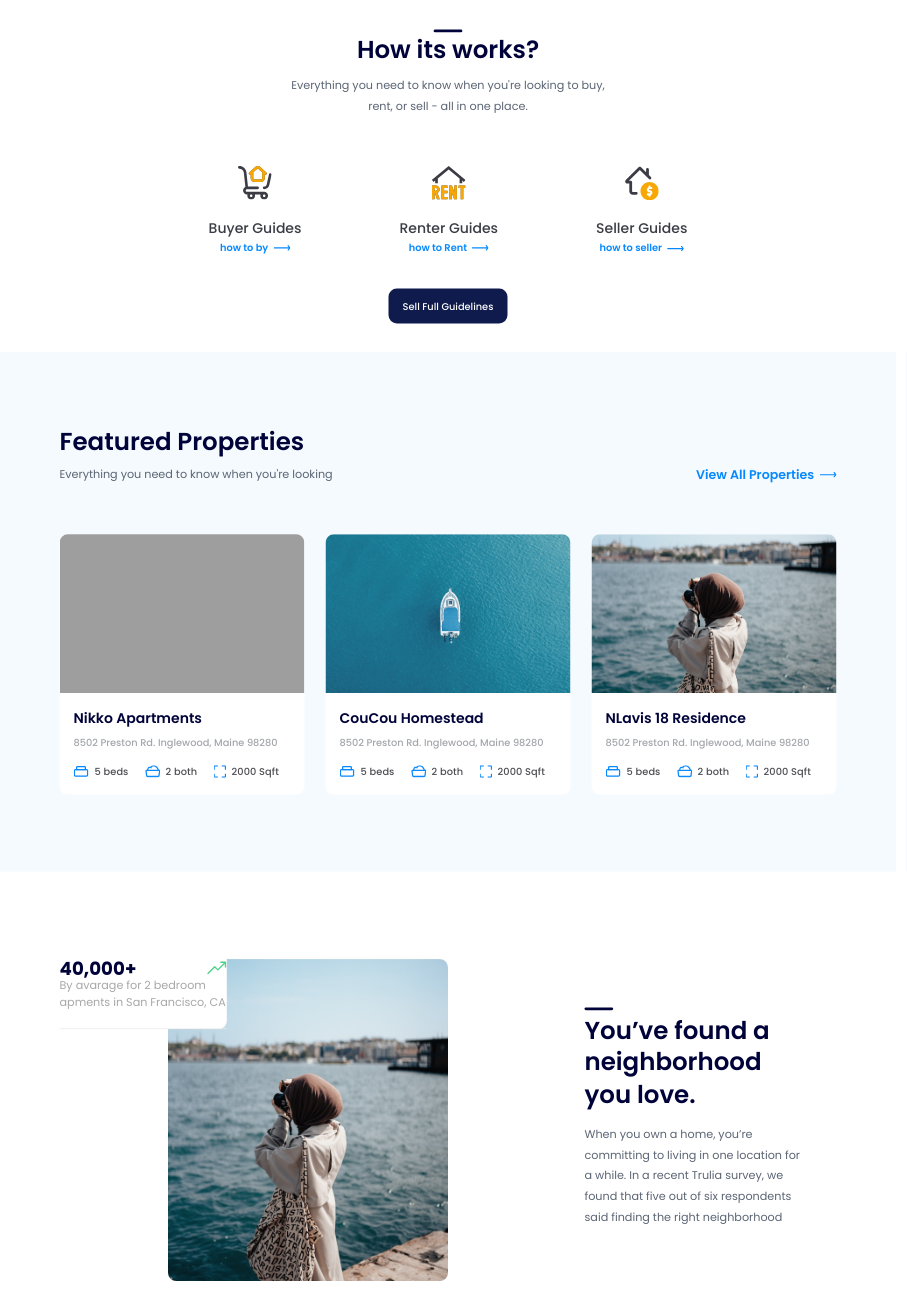
Repository: Kazuto-2004/f8-htmlcss-01
Page: index.html
These files come from the project's save history. The page is drawn as it stood at one moment and after the next save; the edit follows.
The browser window is 1280 px wide. The page is 1295 px wide, so the pictures cover 1295 px, including what lies to the right of the window. The pictures show the part of the page from y = 1193 to 3073 px (the page is 3073 px tall), at 70% of full size.
Pictures or frames that could not be fetched are drawn as grey boxes.

Above is the page before, as saved 2023-07-15 10:15:45.

### index.html
<!DOCTYPE html>
<html lang="en">
    <head>
        <meta charset="UTF-8" />
        <meta name="viewport" content="width=device-width, initial-scale=1.0" />
        <title>F8 Project01</title>
        <link rel="stylesheet" href="./assets/css/reset.css" />
        <!-- Embed fonts -->
        <link rel="preconnect" href="https://fonts.googleapis.com" />
        <link rel="preconnect" href="https://fonts.gstatic.com" crossorigin />
        <link
            href="https://fonts.googleapis.com/css2?family=Lato:wght@700&display=swap"
            rel="stylesheet" />
        <link rel="stylesheet" href="./assets/fonts/stylesheet.css" />
        <!-- <style> style</style> -->
        <link rel="stylesheet" href="assets/css/styles.css" />
    </head>
    <body>
        <main style="height: 1000px">
            <!-- Header -->
            <header class="header">
                <div class="content">
                    <nav class="navbar">
                        <!-- Logo -->
                        <img src="./assets/img/Logo.svg" alt="Besnik." />
                        <!-- Navigation -->
                        <ul>
                            <li>
                                <a href="#!">Home</a>
                            </li>
                            <li>
                                <a href="#!">Features</a>
                            </li>
                            <li>
                                <a href="#!">Services</a>
                            </li>
                            <li>
                                <a href="#!">Resources</a>
                            </li>
                            <li>
                                <a href="#!">Contact</a>
                            </li>
                        </ul>
                        <!-- Action -->
                        <div class="action">
                            <a href="#!" class="action-link">Sign in</a>
                            <a href="#!" class="btn action-btn">Sign up</a>
                        </div>
                    </nav>
                    <div class="hero">
                        <div class="info">
                            <p class="sub-title">Welcome to Besnik Agency</p>
                            <h1 class="title">
                                Discover a place you'll love to live.
                            </h1>
                            <p class="desc">
                                Get the best real estate deals first, before
                                they hit the mass market! HOT FORECLOSURE DEALS
                                with one simple search.
                            </p>
                            <!-- call to action -->
                            <a href="#!" class="btn hero-cta">More About Us</a>
                        </div>

                        <img
                            src="./assets/img/hero-img.svg"
                            alt="Discover a place you'll love to live."
                            class="hero-img" />
                    </div>
                </div>
            </header>

            <!-- clients -->
            <div class="clients">
                <div class="content">
                    <div class="row">
                        <!-- logo -->
                        <img src="./assets/img/Logo.svg" alt="Besnik." />

                        <!-- star -->
                        <div class="star">
                            <img src="./assets/img/Star.svg" alt="" />
                        </div>
                    </div>
                    <div class="row row-desc">
                        <p class="desc">
                            More than 45,000+ companies trust besnik
                        </p>
                        <p class="desc">5 Star Ratings (2k+ Review)</p>
                    </div>
                    <div class="image">
                        <img src="./assets/img/meundies.svg" alt="me undies" />
                        <img src="./assets/img/slack.svg" alt="slack" />
                        <img src="./assets/img/amazon.svg" alt="amazon" />
                        <img
                            src="./assets/img/woocommerce.svg"
                            alt="woo commerce" />
                        <img src="./assets/img/sitepoint.svg" alt="sitepoint" />
                    </div>
                </div>
            </div>

            <!-- Guides -->
            <div class="guides">
                <div class="content">
                    <h2 class="sub-title">How its works?</h2>
                    <p class="desc">
                        Everything you need to know when you're looking to buy,
                        rent, or sell - all in one place.
                    </p>

                    <!--  list guide -->
                    <ul class="list-guide">
                        <li class="guide-item">
                            <img
                                src="./assets/img/Buyer.svg"
                                alt="Buyer"
                                class="icon" />
                            <h3 class="title">Buyer Guides</h3>
                            <a href="#!" class="link">
                                <span>how to by</span>
                                <img
                                    src="./assets/img/arow-right.svg"
                                    alt="arrow-right"
                                    class="arrow" />
                            </a>
                        </li>
                        <li class="guide-item">
                            <img
                                src="./assets/img/renter.svg"
                                alt="renter"
                                class="icon" />
                            <h3 class="title">Renter Guides</h3>
                            <a href="#!" class="link">
                                <span>how to Rent</span>
                                <img
                                    src="./assets/img/arow-right.svg"
                                    alt="arrow-right"
                                    class="arrow" />
                            </a>
                        </li>
                        <li class="guide-item">
                            <img
                                src="./assets/img/seller.svg"
                                alt="sellert"
                                class="icon" />
                            <h3 class="title">Seller Guides</h3>
                            <a href="#!" class="link">
                                <span>how to seller</span>
                                <img
                                    src="./assets/img/arow-right.svg"
                                    alt="arrow-right"
                                    class="arrow" />
                            </a>
                        </li>
                    </ul>

                    <div class="guide-cta">
                        <a href="#!" class="btn">Sell Full Guidelines</a>
                    </div>
                </div>
            </div>

            <!-- Featured -->
            <div class="featured">
                <div class="content">
                    <header>
                        <h2 class="sub-title">Featured Properties</h2>
                        <div class="row">
                            <p class="desc">
                                Everything you need to know when you're looking
                            </p>
                            <a href="#!" class="link"
                                ><span>View All Properties</span
                                ><img
                                    src="./assets/img/arow-right.svg"
                                    alt="arrow"
                                    class="arrow"
                            /></a>
                        </div>
                    </header>

                    <div class="list">
                        <!-- Featured 1 -->
                        <div class="item">
                            <a href="#!">
                                <img
                                    src="./assets/img/featured1.jpg"
                                    alt="Nikko Apartments"
                                    class="thumb" />
                            </a>
                            <div class="body">
                                <h3 class="title">
                                    <a href="#!" class="line-clamp">Nikko Apartments</a>
                                </h3>
                                <p class="desc line-clamp">
                                    8502 Preston Rd. Inglewood, Maine 98280
                                </p>
                                <div class="info">
                                    <img
                                        src="./assets/img/beds.svg"
                                        alt=""
                                        class="icon" />
                                    <span class="label">5 beds</span>

                                    <img
                                        src="./assets/img/both.svg"
                                        alt=""
                                        class="icon" />
                                    <span class="label">2 both</span>

                                    <img
                                        src="./assets/img/sqft.svg"
                                        alt=""
                                        class="icon" />
                                    <span class="label">2000 Sqft</span>
                                </div>
                            </div>
                        </div>

                        <!-- Featured 2 -->
                        <div class="item">
                            <a href="#!">
                                <img
                                    src="./assets/img/featured2.jpg"
                                    alt="CouCou Homestead"
                                    class="thumb" />
                            </a>
                            <div class="body">
                                <h3 class="title">
                                    <a href="#!" class="line-clamp">CouCou Homestead</a>
                                </h3>
                                <p class="desc line-clamp">
                                    8502 Preston Rd. Inglewood, Maine 98280
                                </p>
                                <div class="info">
                                    <img
                                        src="./assets/img/beds.svg"
                                        alt=""
                                        class="icon" />
                                    <span class="label">5 beds</span>

                                    <img
                                        src="./assets/img/both.svg"
                                        alt=""
                                        class="icon" />
                                    <span class="label">2 both</span>

                                    <img
                                        src="./assets/img/sqft.svg"
                                        alt=""
                                        class="icon" />
                                    <span class="label">2000 Sqft</span>
                                </div>
                            </div>
                        </div>

                        <!-- Featured 3 -->
                        <div class="item">
                            <a href="#!">
                                <img
                                    src="./assets/img/featured3.jpg"
                                    alt="Lavis 18 Residence"
                                    class="thumb" />
                            </a>
                            <div class="body">
                                <h3 class="title">
                                    <a href="#!" class="line-clamp">NLavis 18 Residence</a>
                                </h3>
                                <p class="desc line-clamp" >
                                    8502 Preston Rd. Inglewood, Maine 98280
                                </p>
                                <div class="info">
                                    <img
                                        src="./assets/img/beds.svg"
                                        alt=""
                                        class="icon" />
                                    <span class="label">5 beds</span>

                                    <img
                                        src="./assets/img/both.svg"
                                        alt=""
                                        class="icon" />
                                    <span class="label">2 both</span>

                                    <img
                                        src="./assets/img/sqft.svg"
                                        alt=""
                                        class="icon" />
                                    <span class="label">2000 Sqft</span>
                                </div>
                            </div>
                        </div>
                    </div>
                </div>
            </div>

            <!-- Stats -->
            <div class="stats">
                <div class="content">
                    <div class="row">
                        <div class="img-block">

                            <img class="image" src="./assets/img/starts.jpg" alt="You’ve found a neighborhood you love.">
                             <!-- trend -->
                        <div class="stats-trend">
                            <div class="row">
                                <strong class="value">40,000+</strong>
                                <img src="./assets/img/arrow-trend-up.svg" alt="" class="icon">
                            </div>
                            <p class="desc">By avarage for 2 bedroom apments in San Francisco, CA</p>
                            <div class="separate"></div>
                        </div>
                        </div>
                        <div class="info">
                            <h2 class="sub-title">You’ve found a neighborhood you love.</h2>
                            <p
                             class="desc">When you own a home, you’re committing to living in one location for a while. In a recent Trulia survey, we found that five out of six respondents said finding the right neighborhood
                            </p>
                        </div>
                    </div>
                </div>
            </div>
        </main>
    </body>
</html>

### assets/css/styles.css
* {
    box-sizing: border-box;
}

:root {
    --primary-color: #0f1b4c;
}
html {
    font-size: 62.5%;
}

body {
    font-size: 1.6rem;
    font-family: "Poppins", sans-serif;
}
/* Common */
a {
    text-decoration: none;
}
.content {
    width: 1110px;
    max-width: calc(100% - 48px);
    margin: auto;
}
.btn {
    display: inline-block;
    min-width: 98px;
    padding: 18px 16px;
    border-radius: 12px;
    background: var(--primary-color);
    color: #fff;
    font-size: 1.4rem;
    font-weight: 500;
    text-align: center;
}

.btn:hover {
    opacity: 0.9;
}

.line-clamp {
    display: -webkit-box;
    -webkit-line-clamp: var(--line-clamp, 2);
    -webkit-box-orient: vertical;
    overflow: hidden;
}
/* ==== Header ==== */
.header {
    background-color: #e6f0ff;
    height: 100vh;
    position: relative;
}

.navbar {
    display: flex;
    align-items: center;
    padding-top: 38px;
}

.navbar ul {
    display: flex;
    margin-left: 50px;
}

.navbar .action {
    margin-left: auto;
}

.navbar ul a {
    font-size: 1.4rem;
    font-weight: 500;
    color: #4f5361;
    padding: 8px 14px;
}

.navbar ul a:hover {
    text-decoration: underline;
}

.navbar .action-link {
    color: var(--primary-color);
    font-size: 1.4rem;
    font-weight: 500;
}

.navbar .action-btn {
    padding: 13px 16px;
    margin-left: 18px;
    border-radius: 8px;
}
/* ---hero--- */
.hero {
    margin-top: 130px;
}

.hero .info {
    width: 51%;
}

.hero .sub-title {
    color: #687690;
    font-size: 1.8rem;
    line-height: 1.5;
    letter-spacing: 0.01em;
}

.hero .title {
    margin-top: 8px;
    color: #000336;
    font-size: 6.2rem;
    font-weight: 700;
    line-height: 1.19;
}

.hero .desc {
    margin-top: 30px;
    color: #5a6473;
    font-size: 1.8rem;
    font-weight: 400;
    line-height: 1.78;
}

.hero-cta {
    min-width: 170px;
    margin-top: 40px;
}

.hero-img {
    position: absolute;
    right: calc((100vw - 1110px) / 2 - 100px);
    bottom: 0;
}

/*===== clients ======*/
.clients {
    margin-top: 79px;
    padding: 43px 64px 0px;
}

.clients .row {
    display: flex;
    justify-content: space-between;
}

.clients .desc {
    color: #7d8589;
    font-size: 1.6rem;
    font-weight: 500;
    line-height: 1.25;
}

.clients .row-desc {
    margin-top: 23px;
}

.clients .image {
    margin-top: 96px;
    display: flex;
    justify-content: space-between;
    align-items: center;
}

/*===== guides ======*/
.guides {
    margin-top: 200px;
}

.guides .sub-title {
    position: relative;
    color: #000339;
    text-align: center;
    font-size: 3.5rem;
    font-weight: 600;
    line-height: 1;
}

.guides .sub-title::before {
    position: absolute;
    top: -10px;
    left: 50%;
    transform: translate(-50%);
    content: "";
    display: inline-block;
    width: 41px;
    height: 4px;
    border-radius: 12px;
    background: #000339;
}

.guides .desc {
    width: 459px;
    max-width: 100%;
    color: #5a6473;
    text-align: center;
    font-size: 1.6rem;
    font-weight: 400;
    line-height: 1.88;
    margin: 20px auto 0;
}

.list-guide {
    margin-top: 70px;
    display: flex;
    justify-content: center;
}

.guide-item {
    margin: 0 70px;
    text-align: center;
}

.guide-item .title {
    margin-top: 26px;
    color: #3b3c45;
    font-size: 2rem;
    font-weight: 500;
    line-height: 1.1;
}

.guide-item .link {
    display: inline-block;
    color: #0689ff;
    font-size: 1.4rem;
    font-weight: 600;
    margin-top: 10px;
}

.guide-item .arrow {
    margin-left: 4px;
}

.guide-cta {
    display: flex;
    justify-content: center;
    margin-top: 50px;
}

.guide-cta .btn {
    min-width: 170px;
}

/*======== featured======= */
.featured {
    margin-top: 41px;
    background: #f5fafe;
    padding: 110px 0;
}

.featured .sub-title {
    font-size: 3.5rem;
    font-style: normal;
    font-weight: 600;
    line-height: 1;
    color: #000339;
}

.featured .row {
    display: flex;
    justify-content: space-between;
    margin-top: 15px;
}

.featured .desc {
    color: #5a6473;
    font-size: 1.6rem;
    font-weight: 400;
    line-height: 1.88;
}

.featured .link {
    display: flex;
    align-items: center;
    color: #0689ff;
    font-size: 1.8rem;
    font-weight: 600;
}

.featured .link .arrow {
    margin-left: 8px;
}

.featured .list {
    margin-top: 70px;
    gap: 30px;
    display: flex;
}

.featured .item {
    flex: 1;
    background-color: #fff;
    border-radius: 12px;
}

.featured .item .thumb {
    width: 100%;
    height: 227px;
    object-fit: cover;
    border-top-left-radius: 12px;
    border-top-right-radius: 12px;
}

.featured .item .body {
    padding: 17px 20px 24px;
}

.featured .item .title a{
    color: #000339;
    font-size: 2rem;
    font-weight: 600;
    line-height: 1.5;

}

.featured .item .desc {
    --line-clamp : 3;
    margin-top: 11px;
    color: #a3a6ab;
    font-size: 1.4rem;
    font-weight: 500;
    line-height: 1.5;
    word-wrap:break-words;
}

.featured .item .info {
    margin-top: 21px;
    display: flex;
    align-items: center;
}

.featured .item .icon {
    margin-left: 23px;
}

.featured .item .icon:first-child {
    margin-left: 0;
}
.featured .item .label {
    color: #4d4d52;
    margin-left: 8px;
    font-size: 1.4rem;
    font-weight: 500;
    letter-spacing: 0.01em;
}

/*===== stats===== */
.stats {
    margin-top: 75px;
    padding: 50px 0px;
}

.stats .row {
    display: flex;
}

.stats .img-block,
.stats .info  {
    width: 50%;
}

.stats .img-block {
    position: relative;
}

.stats .info {
    padding: 79px 0 0 195px;
}

.stats .stats-trend {
    position: absolute;
    top: 0;
    left: 0;
    width: 239px;
    padding: 45px 22px 40pxs;
    border-radius: 0px 0px 12px 12px;
    background-color: #fff;
}

.stats-trend .value {
    color: #000339;
    font-size: 2.6rem;
    font-weight: 700;
    line-height: 1; /* 100% */
    letter-spacing: 0.01rem;
}

.stats-trend .icon {
    margin-left: auto;
}

.stats-trend .desc {
    color: #A7A7A7;
font-size: 1.2;
font-weight: 400;
line-height: 1.5; /* 150% */
}

.stats-trend .separate {
    height: 1px;
    background: #E9E9E9;
    margin-top: 25px;
}
.stats .img-block .image {
    display: block;
    margin-left: auto;
  width: 400px;
 height: 460px;
 border-radius: 12px;
  object-fit: cover;
}

.stats .sub-title {
    position: relative;
color: #000339;
font-size: 3.5rem;
font-weight: 600;
line-height: 1.29; /* 128.571% */
width: 269px;
}

.stats .sub-title::before {
    position: absolute;
    left: 0;
    top: -10px;
    content:  "";
    display: block;
    width: 41px;
height: 4px;
border-radius: 12px;
background: #000339;
}

.stats .info .desc {
    margin-top: 20px;
    width: 309px;
    color: #5A6473;
font-size: 1.6rem;
font-weight: 400;
line-height: 1.87; /* 187.5% */
}

Loaded but not shown: assets/css/reset.css (common file); assets/fonts/stylesheet.css (162 lines, source omitted)

After the next save:
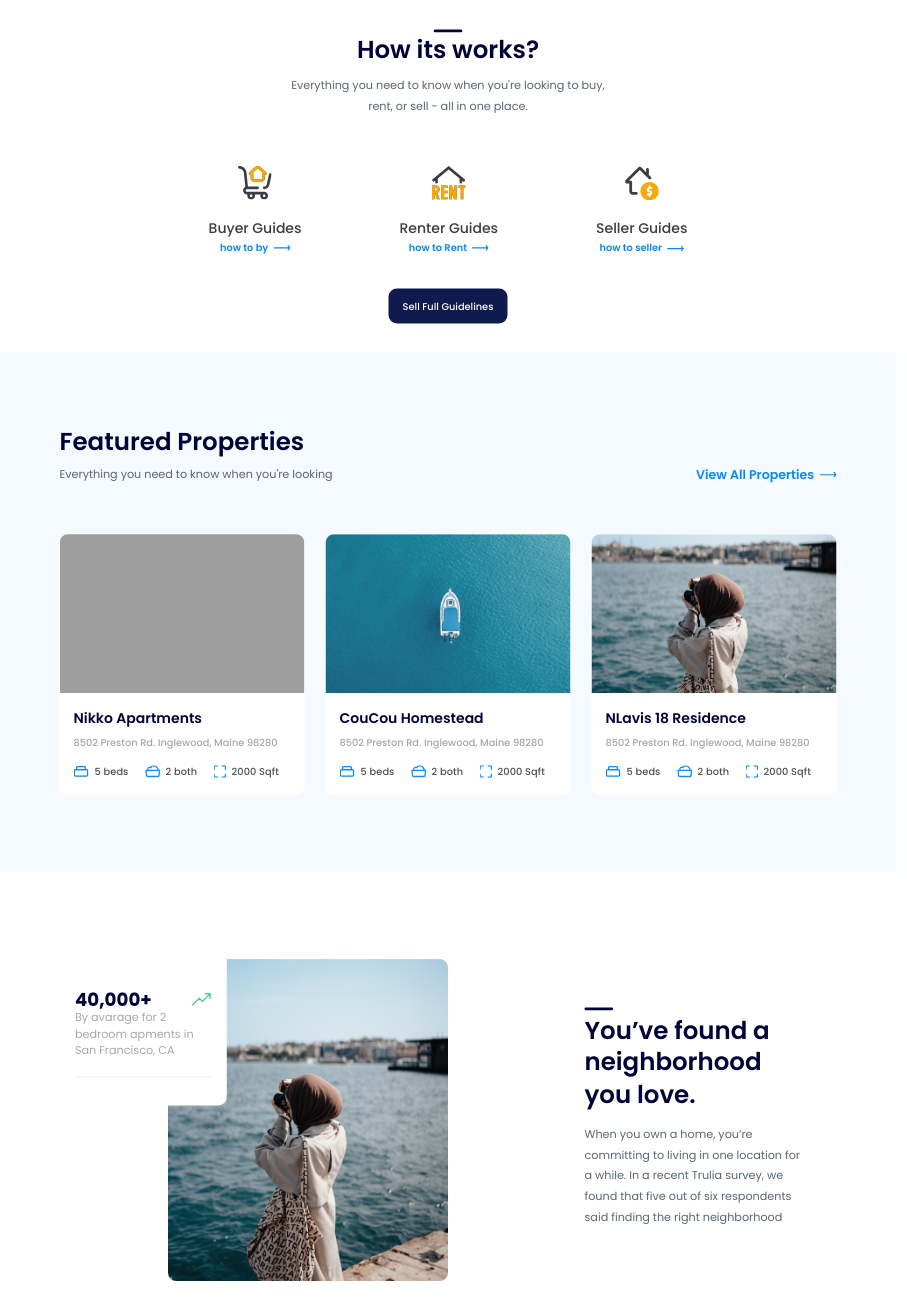
Saved 82 s later.
--- a/assets/css/styles.css
+++ b/assets/css/styles.css
@@ -365,12 +365,12 @@
     padding: 79px 0 0 195px;
 }
 
-.stats .stats-trend {
+.stats-trend {
     position: absolute;
     top: 0;
     left: 0;
     width: 239px;
-    padding: 45px 22px 40pxs;
+    padding: 45px 22px 40px;
     border-radius: 0px 0px 12px 12px;
     background-color: #fff;
 }
